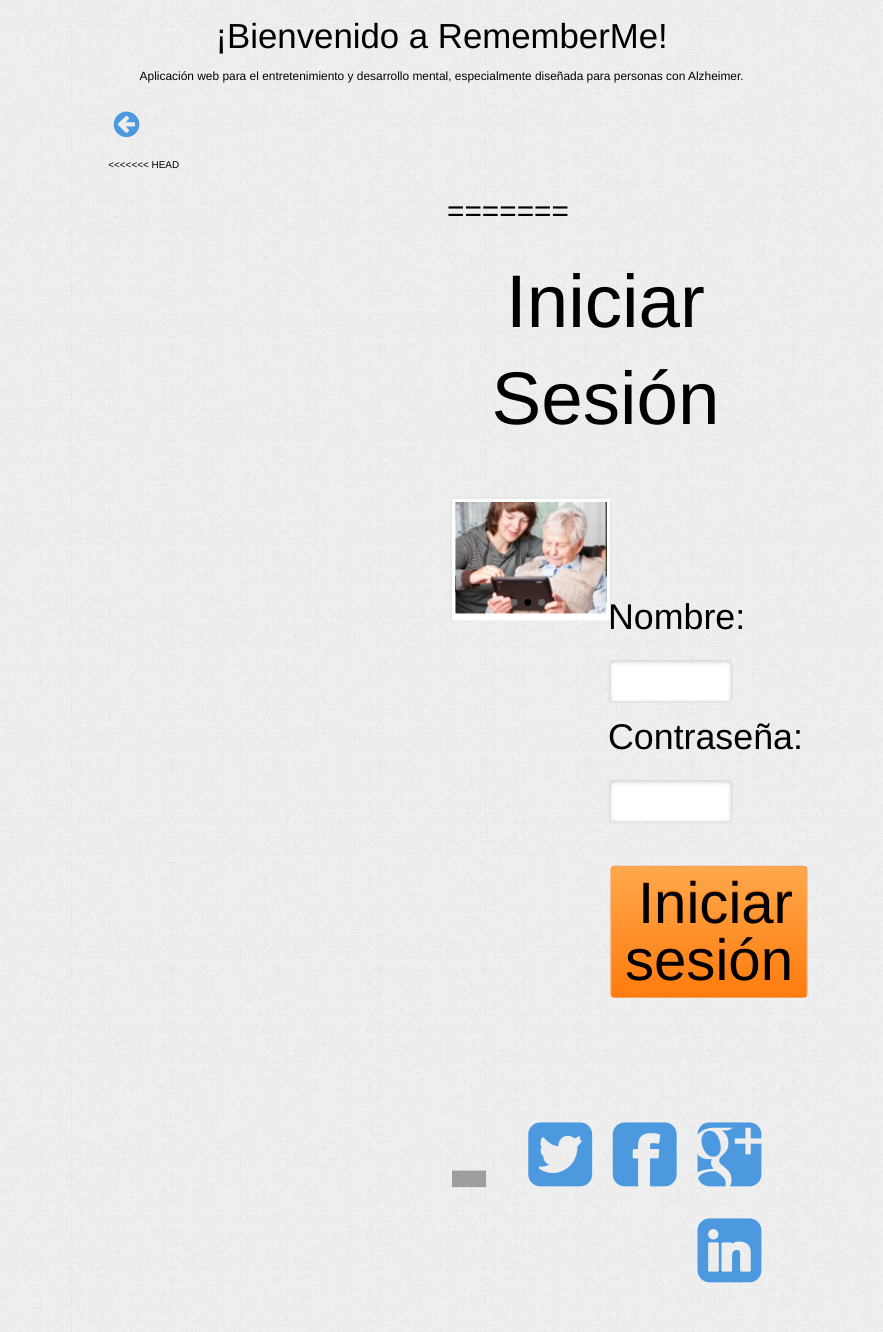
Repository: SCeruso/RememberMe
Page: iniciarSesion.html
The author's editor kept a record of every edit. The page is drawn from the files as they stood at one moment, then again after the next edit.
The browser window is 1280 px wide. The pictures show the whole page, at 69% of full size.
Pictures or frames that could not be fetched are drawn as grey boxes. Some web libraries are served in a nearby version.

Above is the page before.

### iniciarSesion.html
<!DOCTYPE html>
<html>
<head>
	<!-- META -->
	<title>HTML KickStart Elements</title>
	<meta charset="UTF-8">
	<meta name="viewport" content="width=device-width, initial-scale=1.0"/>
	<meta name="description" content="" />

	<!-- CSS -->
	<link rel="stylesheet" type="text/css" href="css/kickstart.css" media="all" />
	<link rel="stylesheet" type="text/css" href="style.css" media="all" />

	<!-- Javascript -->
	<script type="text/javascript" src="https://ajax.googleapis.com/ajax/libs/jquery/1.9.1/jquery.min.js"></script>
	<script type="text/javascript" src="js/kickstart.js"></script>
</head>
<body>
<div class="grid">
    <div class="col_12">
            <h1 class="center">
                <p>¡Bienvenido a RememberMe!</p>
            </h1>

        <h6 class="center">
                Aplicaci&oacute;n web para el entretenimiento y desarrollo mental, especialmente diseñada para personas con Alzheimer.
        </h6>
    </div>
    <div class="col_12">
        <h2 class="left">
               <a href="bienvenido.html">
                  <i class="icon-circle-arrow-left"></i>
                </a>
        </h2>
    </div>
<<<<<<< HEAD
	<div class="col_12">
        <div class="col_6">
        </div>
        <div class="col_6">
            <h2 class="left">
=======
	<div class="col_12">
            <h3 class="center">

                    <p>Iniciar Sesión</p>
            </h3>
	</div>
    <div class="col_12">
        <div class="col_6">
            <ul class="slideshow">
                <li><img class="align-left" src="imagenes/domingo-saludable-mayores--300x180.jpg" width="300" height="250" />
                <li><img class="align-left" src="imagenes/chica_abuela.jpg" width="300" height="250" />
                <li><img class="align-left" src="imagenes/pareja.jpg" width="300" height="250" />
            </ul>
        </div>
        <br></br>
        <div class="col_6">
            <p>
                <h6><label for="nombre">Nombre:</label></h6>
                <input id="nombre" type="text" class="col_10"/>
            </p>
            <p>
                <h6><label for="email">Contraseña:</label></h6>
                <input id="contraseña" type="password" class="col_10" />
            </p>
            <div class="col_12">
                <div class="col_10">
                      <h5 style="margin-bottom:40px;" class="right">
                          <p><a class="large button orange" href="juegosde.html"><font color="black">Iniciar sesión</font></a></p>
                      </h5>
                 </div>
            </div>
        </div>
    </div>
    <div class="col_12">
        <div class="col_1">
            <br>
        <EMBED src = "imagenes/musica1.mp3" width="50" height = "25">
            </div>

        <h3 class="right">
            <a href = "http://www.twitter.com" target = "blank">
                <i class="icon-twitter-sign" title= "Twitter"></i></a>
            <a href = "http://www.facebook.com" target = "blank">
                <i class="icon-facebook-sign" title= "Facebook"></i></a>
            <a href = "http://www.google.com" target = "blank">
                <i class="icon-google-plus-sign" title= "Goole +"></i></a>
            <a href = "http://www.linkedin.com" target = "blank">
                <i class="icon-linkedin-sign" title= "Linkedin"></i></a>

        </h3>

    </div>
</div> <!-- End Grid -->
</body>
</html>

### style.css
/*
	99Lime.com HTML KickStart by Joshua Gatcke
	style.css

*/

/*---------------------------------
	IMPORTS
-----------------------------------*/
@import url(http://fonts.googleapis.com/css?family=Arimo:400,700);

/*---------------------------------
	OVERRIDES
-----------------------------------*/
h1,h2,h3,h4,h5,h6{
font-family: "Arimo", arial, verdana, sans-serif;
font-weight:normal;
}

thead th,
tbody th{
font-family: "Arimo", arial, verdana, sans-serif;
}

button,
a.btn,
input[type="submit"],
input[type="reset"],
input[type="button"]{
font-family: "Arimo", arial, verdana, sans-serif;
}

.menu{
font-family: "Arimo", arial, verdana, sans-serif;
}

blockquote{
font-family: "Arimo", arial, verdana, sans-serif;
}

/*---------------------------------
	LAYOUT
-----------------------------------*/
body{
margin:0;
padding:0 0 0 0;
color:#000;
/*background-repeat:repeat;*/
background:#efefef url(css/img/gray_jean.png);
/*background-size:cover;*/
/*background-image:url(css/img/gray_jean.png);*/
font:normal 0.9em/150% 'Arimo', arial, verdana, sans-serif;
text-shadow: 0 0 1px transparent; /* google font pixelation fix */
}

#wrap{
width:100%;
background:#fff;
margin:30px auto 30px auto;
padding:0 2%;
border:1px solid #ccc;
}


#footer{
text-align:center;
padding:20px;
margin:0;
border-top:1px solid #ddd;
color:#999;
font-size:0.8em;
text-shadow:0px 1px 1px #fff;
position: relative;
top:0;
left:0;
background:#fff;
}

	#link-top{
	display:none;
	}

/* NAV BAR*/
.navbar{
position:fixed;
top:0;
left:0;
width: 100%;
background:#000;
color:#fff;
z-index:1000;
}

	.navbar #logo{
	position:absolute;
	top:0;
	right:0;
	padding:0.5em 1em;
	font-size: 1.7em;
	color:#efefef;
	text-decoration:none;
	}

	.navbar span{
	color:#86dc00;
	}


	.navbar ul{
	display:inline-block;
	margin:0;
	padding:0;
	}

		.navbar li{
		margin:0;
		padding:0;
		list-style-type:0;
		display:inline-block;
		}

		.navbar li a{
		display:inline-block;
		color:#efefef;
		padding:1em 1.3em;
		text-decoration:none;
		text-transform: uppercase;
		line-height:100%;
		font-size: 1.2em;
		}

.callout{
background:#4598ef;/*#86dc00;*/
padding:3em 0;
color:#fff;
box-shadow:inset 0 0 10px rgba(0,0,0,0.2);
text-align: center;
text-shadow:0px 1px 3px rgba(0,0,0,0.2);
display:block;
}
	.callout + div.grid{margin-top:50px;}
	 a.callout{cursor:pointer;}
	 .callout i.icon-4x{font-size:6em;}
	 .callout h4{margin-bottom:30px;}
	 .callout-top{margin:50px 0 0 0;}
	 .callout p{margin-bottom:0;}
	 .callout .button{margin-top:10px;}
	 .callout.green{background:#19ad0b;/*#86dc00;*/}

#mc_embed_signup{
padding:30px 0;
}

#ui-preview{
border:5px solid #ddd;
margin:30px 0;
display:block;
}

### css/kickstart-forms.css
/*---------------------------------
	FORMS
-----------------------------------*/
form{
padding:0;
margin:0;
}

fieldset{
margin:30px 0 20px 0;
padding:5px 15px 15px 15px;
border:1px solid #ccc;
background:#f5f5f5;
-moz-border-radius:5px;
-webkit-border-radius:5px;
border-radius:5px;
position: relative;
top:0;
left:0;
}

	legend{
	-moz-border-radius:5px;
	-webkit-border-radius:5px;
	border-radius:5px;
	border:1px solid #ccc;
	background:#f5f5f5;
	padding:2px 10px;
	margin:0 0 0 0;
	display:block;
	position: relative;
	top:0;
	left:0;
	}

	/*IE ONLY - I know, this is a stop gap*/
	.msie fieldset{padding-top:25px;}
	.msie legend{position:absolute;top:-0.7em;left:10px;}

label{
display:inline-block;
*display:inline;
vertical-align: middle;
margin:0;
padding:0;
position:relative;
top:0;
left:0;
zoom:1;
-moz-box-sizing: border-box;
-webkit-box-sizing: border-box;
box-sizing: border-box;
}

	label.inline{
	display:inline;
	margin:0;
	}

	label span{
	color:#999;
	font-size:0.9em;
	}

	label span.right{
	position:absolute;
	bottom:0;
	right:0;
	text-align:right;
	display:inline-block;
	*display:inline;
	}

	label.disabled{
	color:#ccc;
	}

input{
display:inline-block;
*display:inline;
vertical-align: middle;
width:auto;
zoom:1;
margin:0;
border:1px solid #ccc;
font-size:1em;
padding:5px 0;
text-indent: 5px;
-moz-border-radius:5px;
-webkit-border-radius:5px;
border-radius:5px;
background:#fff;
-moz-box-shadow:inset 0 0 6px #ccc;
-webkit-box-shadow:inset 0 1px 6px #ccc;
box-shadow:inset 0 1px 6px #ccc;
-moz-box-sizing: border-box;
-webkit-box-sizing: border-box;
box-sizing: border-box;
}

	input::-webkit-input-placeholder,
	input:-moz-placeholder,
	.placeholder{
	color:#bbb;
	}

	input::-moz-focus-inner {border:0;}

	input[disabled="disabled"], input.disabled{
	color:#999;
	background:#f5f5f5;
	-moz-box-shadow:inset 0 0 2px #ddd;
	-webkit-box-shadow:inset 0 1px 2px #ddd;
	box-shadow:inset 0 1px 2px #ddd;
	}

	/* FOCUS STATES */
	input[type="text"]:focus,
	textarea:focus,
	button:focus,
	a.button:focus,
	select:focus,
	input[type="file"]:focus,
	input[type="password"]:focus{
	-webkit-box-shadow: 0 0 7px #6DB9FF;
	-moz-box-shadow   : 0 0 7px #6DB9FF;
	box-shadow        : 0 0 7px #6DB9FF;
	border: 1px solid #50B1FE;
	outline: none;
	}

	/* TRANSITION */
	input[type="text"],
	textarea,
	button,
	a.button,
	a,
	input[type="file"]{
	-moz-transition: -moz-box-shadow 0.5s, border 0.5s, background 0.5s;
	-webkit-transition: -webkit-box-shadow 0.5s, border 0.5s, background 0.5s;
	-o-transition:  box-shadow 0.5s, border 0.5s, background 0.5s;
	transition: box-shadow 0.5s, border 0.5s, background 0.5s;
	}

input.checkbox,
input[type="checkbox"]{
display:inline;
width:auto;
margin:0;
padding:0;
border:0;
background:none;
vertical-align:center;
*vertical-align: top;
}

input.radio,
input[type="radio"]{
display:inline;
width:auto;
margin:0;
padding:0;
border:0;
background:none;
vertical-align:center;
*vertical-align: top;
}

	input[type="radio"]:focus,
	input[ type="checkbox"]:focus{
	-webkit-box-shadow: 0 0 5px #6DB9FF;
	-moz-box-shadow   : 0 0 5px #6DB9FF;
	box-shadow        : 0 0 5px #6DB9FF;
	outline-color: #6DB9FF;
	}

input.file,
input[type="file"]{
/*font-size:0.8em;*/
-moz-box-shadow:none;
-webkit-box-shadow:none;
box-shadow:none;
border:none;
}

select{
display:inline;
width:auto;
margin:0;
border:1px solid #ccc;
line-height:100%;
padding:3px;
vertical-align: middle;
}

        select[disabled="disabled"], select.disabled{
        color:#999;
        background:#f5f5f5;
        -moz-box-shadow:inset 0 0 2px #ddd;
        -webkit-box-shadow:inset 0 1px 2px #ddd;
        box-shadow:inset 0 1px 2px #ddd;
        }

textarea{
width:auto;
height:200px;
margin:0;
border:1px solid #ccc;
padding:5px;
vertical-align: middle;
font-family:inherit;
font-size:0.9em;
-moz-border-radius:5px;
-webkit-border-radius:5px;
border-radius:5px;
-moz-box-shadow:inset 0 0 6px #ccc;
-webkit-box-shadow:inset 0 1px 6px #ccc;
box-shadow:inset 0 1px 6px #ccc;
-moz-box-sizing: border-box;
-webkit-box-sizing: border-box;
box-sizing: border-box;
}

/*---------------------------------
	COLUMN SIZES
-----------------------------------*/

/* sizes */
input[class*="col_"],
select[class*="col_"],
label[class*="col_"]{
float:none;display:inline-block;*display:inline;margin-bottom:0;
*margin-left: 0.5%;*margin-right: 0.5%;/* this is for IE 7 Only and is not a good fix - work needed here */
}

/*---------------------------------
	FORMS VERTICAL
-----------------------------------*/
form.vertical{

}

	form.vertical label{display:block;}
	form.vertical input,
	form.vertical select,
	form.vertical textarea{width:100%;display:block;margin-bottom:10px;}
	form.vertical .chzn-container{display:block;margin-bottom:10px;}
	form.vertical .chzn-choices{display:block;margin-bottom:10px;}

	/* radios & checks */
	form.vertical input.checkbox,
	form.vertical input[type="checkbox"],
	form.vertical input.radio,
	form.vertical input[type="radio"],
	form.vertical label.inline{display:inline;width:auto;margin:0;}
/*---------------------------------
	FORM VALIDATION
-----------------------------------*/
label.error{color:red;}
input.error{border:1px solid red;}
select.error{border:1px solid red;}

/*---------------------------------
	NOTICES
-----------------------------------*/
.notice{
border:1px solid gold;
background:lightyellow;
padding:10px 20px 10px 40px;
margin:10px 0;
-moz-border-radius:5px;
-webkit-border-radius:5px;
border-radius:5px;
color:#DEAE00;
line-height:120%;
vertical-align: center;
text-shadow:0px 1px rgba(255,255,255,0.5);
position:relative;
top:0;
left:0;
clear:both;
}

	.notice.warning{}/*default*/
	.notice.error{border:1px solid red;background:pink;color:red;}
	.notice.success{border:1px solid green;background:lightgreen;color:green;}
	.notice i[class^='icon-']{position:absolute;top:50%;left:0.8em;margin-top:-0.6em;}
	.notice a[class^='icon-remove'],
	.notice a[class^='icon-remove']:active,
	.notice a[class^='icon-remove']:visited{font-size:12px;position:absolute;top:5px;right:5px;left:auto;color:inherit;margin-top:0;left:auto;}

### css/kickstart-grid.css
/*
	99Lime.com HTML KickStart by Joshua Gatcke
	kickstart-grids.css

	DO NOT EDIT THIS FILE unless you know what you are doing.
*/
/*---------------------------------
	GRID/COLUMNS
-----------------------------------
	tinyfluidgrid.com
	& girlfriendnyc.com
	with changes by 99Lime
-----------------------------------*/
 /*
 & Columns : 12
 & Gutter %: 20%
 & MaxWidth: 1280px
 */

.grid{
max-width:1220px;
margin:0 auto;
padding:0 2em;
}

.grid.flex{
width:100%;
max-width:100%;
padding:0 2%;
padding:2em;
}

.row{
display:block;
overflow:hidden;
clear:both;
}

*[class*="col_"].alpha{margin-left:0;}
*[class*="col_"].omega{margin-right:0;}

.col_1  { width: 6.6666666666667%; }
.col_2  { width: 15%; }
.col_3  { width: 23.333333333333%; }
.col_4  { width: 31.666666666667%; }
.col_5  { width: 40%; }
.col_6  { width: 48.333333333333%; }
.col_7  { width: 56.666666666667%; }
.col_8  { width: 65%; }
.col_9  { width: 73.333333333333%; }
.col_10 { width: 81.666666666667%; }
.col_11 { width: 90%; }
.col_12 { width: 98.333333333333%; }

*[class*="col_"]{
margin-left: 0.83333333333333%;
margin-right: 0.83333333333333%;
margin-top:0.5em;
margin-bottom:0.5em;
float: left;
display: block;
}

.grid img{
max-width: 100%;
height:auto;
}

.clear{clear:both;display:block;overflow:hidden;visibility:hidden;width:0;height:0}
.clearfix:after{clear:both;content:' ';display:block;font-size:0;line-height:0;visibility:hidden;width:0;height:0}
* html .clearfix, *:first-child+html .clearfix{zoom:1}

/* Viewable Grids
	To view your grids, add the class .visible to any grid container.
	This will add a background color so you can see the layout of your grids.
*/
*[class*="col_"].visible{
background:#eee;
border:1px dotted #ccc;
}


/*---------------------------------
	Responsive Grid Media Queries - 1280, 1024, 768, 480
	1280-1024 	- desktop (default grid)
	1024-768 	- tablet landscape
	768-480 	- tablet
	480-less 	- phone landscape & smaller
-----------------------------------*/
@media all and (min-width: 1024px) and (max-width: 1280px) {

	.grid *[class*="col_"]{}
	.grid{max-width: 1024px;}
	.show-desktop	{display:block;}
	.hide-desktop	{display:none;}
	.show-tablet	{display:none;}
	.hide-tablet	{display:block;}
	.show-phone		{display:none;}
	.hide-phone		{display:block;}

}

@media all and (min-width: 768px) and (max-width: 1024px) {

	.grid *[class*="col_"]{}
	.grid{max-width: 768px;}
	.show-desktop	{display:none;}
	.hide-desktop	{display:block;}
	.show-tablet	{display:block;}
	.hide-tablet	{display:none;}
	.show-phone		{display:none;}
	.hide-phone		{display:block;}

}


@media all and (min-width: 480px) and (max-width: 768px) {

	.grid *[class*="col_"]{
	float:none;
	width:auto;
	clear:both;
	display:block;
	}

	/* columns inside of columns */
	.grid *[class*="col_"] [class*="col_"]{
	margin-left:0;
	margin-right:0;
	width:100%;
	}

	.grid{max-width: 480px;}
	.show-desktop	{display:none;}
	.hide-desktop	{display:block;}
	.show-tablet	{display:block;}
	.hide-tablet	{display:none;}
	.show-phone		{display:none;}
	.hide-phone		{display:block;}

}

@media all and (max-width: 480px) {

	.grid *[class*="col_"]{
	float:none;
	width:auto;
	clear:both;
	display:block;
	}

	/* columns inside of columns */
	.grid *[class*="col_"] [class*="col_"]{
	margin-left:0;
	margin-right:0;
	width:100%;
	}

	.grid{max-width: 100%;/*320*/}
	.show-desktop	{display:none;}
	.hide-desktop	{display:block;}
	.show-tablet	{display:none;}
	.hide-tablet	{display:block;}
	.show-phone		{display:block;}
	.hide-phone		{display:none;}

}

### css/kickstart-slideshow.css
/*---------------------------------
	SLIDESHOW2 - Slight Fixes for the slideshow layout *needs work
-----------------------------------*/

	.slideshow{
	clear:both;
	margin:0;
	padding:0;
	width:auto;
	height:auto;
	overflow:hidden;
	}

		.slideshow li{
		list-style-type:none;
		margin:0;
		padding:0;
		float:left;
		display:block;
		}

/**
 * BxSlider v4.0 - Fully loaded, responsive content slider
 * http://bxslider.com
 *
 * Written by: Steven Wanderski, 2012
 * http://stevenwanderski.com
 * (while drinking Belgian ales and listening to jazz)
 *
 * CEO and founder of bxCreative, LTD
 * http://bxcreative.com
 */


/** RESET AND LAYOUT
===================================*/
.bx-wrapper, .bx-wrapper *{
	-webkit-box-sizing: content-box; /* Safari/Chrome, other WebKit */
  	-moz-box-sizing: content-box;    /* Firefox, other Gecko */
  	box-sizing: content-box;         /* Opera/IE 8+ */
}

.bx-wrapper {
	position: relative;
	margin: 0 0 60px;
	padding: 0;
	*zoom: 1;
}

.bx-wrapper img {
	width: 100%;
	display: block;
}

/** THEME
===================================*/

.bx-wrapper .bx-viewport {
	-moz-box-shadow: 0 0 5px #ccc;
	-webkit-box-shadow: 0 0 5px #ccc;
	box-shadow: 0 0 5px #ccc;
	border: solid #fff 5px;
	left: 0;
	background: #fff;
}

.bx-wrapper .bx-pager,
.bx-wrapper .bx-controls-auto {
	position: absolute;
	bottom: -30px;
	width: 100%;
}

/* LOADER */

.bx-wrapper .bx-loading {
	min-height: 50px;
	background: url(img/bx_loader.gif) center center no-repeat #fff;
	height: 100%;
	width: 100%;
	position: absolute;
	top: 0;
	left: 0;
	z-index: 2000;
}

/* PAGER */

.bx-wrapper .bx-pager {
	text-align: center;
	font-size: .85em;
	font-family: Arial;
	font-weight: bold;
	color: #666;
	padding-top: 20px;
}

.bx-wrapper .bx-pager .bx-pager-item,
.bx-wrapper .bx-controls-auto .bx-controls-auto-item {
	display: inline-block;
	*zoom: 1;
	*display: inline;
}

.bx-wrapper .bx-pager.bx-default-pager a {
	background: #666;
	text-indent: -9999px;
	display: block;
	width: 10px;
	height: 10px;
	margin: 0 5px;
	outline: 0;
	-moz-border-radius: 5px;
	-webkit-border-radius: 5px;
	border-radius: 5px;
}

.bx-wrapper .bx-pager.bx-default-pager a:hover,
.bx-wrapper .bx-pager.bx-default-pager a.active {
	background: #000;
}

/* DIRECTION CONTROLS (NEXT / PREV) */

.bx-wrapper .bx-prev {
	left: 10px;
	background: url(img/controls.png) no-repeat 0 -32px;
}

.bx-wrapper .bx-next {
	right: 10px;
	background: url(img/controls.png) no-repeat -43px -32px;
}

.bx-wrapper .bx-prev:hover {
	background-position: 0 0;
}

.bx-wrapper .bx-next:hover {
	background-position: -43px 0;
}

.bx-wrapper .bx-controls-direction a {
	position: absolute;
	top: 50%;
	margin-top: -16px;
	outline: 0;
	width: 32px;
	height: 32px;
	text-indent: -9999px;
	z-index: 9999;
}

.bx-wrapper .bx-controls-direction a.disabled {
	display: none;
}

/* AUTO CONTROLS (START / STOP) */

.bx-wrapper .bx-controls-auto {
	text-align: center;
}

.bx-wrapper .bx-controls-auto .bx-start {
	display: block;
	text-indent: -9999px;
	width: 10px;
	height: 11px;
	outline: 0;
	background: url(img/controls.png) -86px -11px no-repeat;
	margin: 0 3px;
}

.bx-wrapper .bx-controls-auto .bx-start:hover,
.bx-wrapper .bx-controls-auto .bx-start.active {
	background-position: -86px 0;
}

.bx-wrapper .bx-controls-auto .bx-stop {
	display: block;
	text-indent: -9999px;
	width: 9px;
	height: 11px;
	outline: 0;
	background: url(img/controls.png) -86px -44px no-repeat;
	margin: 0 3px;
}

.bx-wrapper .bx-controls-auto .bx-stop:hover,
.bx-wrapper .bx-controls-auto .bx-stop.active {
	background-position: -86px -33px;
}

/* PAGER WITH AUTO-CONTROLS HYBRID LAYOUT */

.bx-wrapper .bx-controls.bx-has-controls-auto.bx-has-pager .bx-pager {
	text-align: left;
	width: 80%;
}

.bx-wrapper .bx-controls.bx-has-controls-auto.bx-has-pager .bx-controls-auto {
	right: 0;
	width: 35px;
}

/* IMAGE CAPTIONS */

.bx-wrapper .bx-caption {
	position: absolute;
	bottom: 0;
	left: 0;
	background: #666\9;
	background: rgba(80, 80, 80, 0.75);
	width: 100%;
}

.bx-wrapper .bx-caption span {
	color: #fff;
	font-family: Arial;
	display: block;
	font-size: .85em;
	padding: 10px;
}

### css/tiptip.css
/*
	TipTip CSS - Version 1.2
	http://code.drewwilson.com/entry/tiptip-jquery-plugin
*/

#tiptip_holder { display: none; position: absolute; top: 0; left: 0; z-index: 99999; }
#tiptip_holder.tip_top { padding-bottom: 5px; }
#tiptip_holder.tip_bottom { padding-top: 5px; }
#tiptip_holder.tip_right { padding-left: 5px; }
#tiptip_holder.tip_left { padding-right: 5px; }

#tiptip_content {
font-size: 11px;
color: #fff;
text-shadow: 0 0 2px #000;
padding: 4px 8px;
border: 1px solid rgba(255,255,255,0.25);
background:#212121;
background-color: rgba(25,25,25,0.92);
background-image: -webkit-gradient(linear, 0% 0%, 0% 100%, from(transparent), to(#000));
-webkit-border-radius: 3px;
-moz-border-radius: 3px;
border-radius: 3px;
-webkit-box-shadow: 0 0 3px #555;
-moz-box-shadow: 0 0 3px #555;
box-shadow: 0 0 3px #555;
*background:#212121;
}

#tiptip_arrow, #tiptip_arrow_inner {
position: absolute;
border-color: transparent;
border-style: solid;
border-width: 6px;
height: 0;
width: 0;
}

#tiptip_holder.tip_top #tiptip_arrow {
border-top-color: #fff;
border-top-color: rgba(255,255,255,0.35);
}

#tiptip_holder.tip_bottom #tiptip_arrow {
border-bottom-color: #fff;
border-bottom-color: rgba(255,255,255,0.35);
}

#tiptip_holder.tip_right #tiptip_arrow {
border-right-color: #fff;
border-right-color: rgba(255,255,255,0.35);
}

#tiptip_holder.tip_left #tiptip_arrow {
border-left-color: #fff;
border-left-color: rgba(255,255,255,0.35);
}

#tiptip_holder.tip_top #tiptip_arrow_inner {
margin-top: -7px;
margin-left: -6px;
border-top-color: rgb(25,25,25);
border-top-color: rgba(25,25,25,0.92);
}

#tiptip_holder.tip_bottom #tiptip_arrow_inner {
margin-top: -5px;
margin-left: -6px;
border-bottom-color: rgb(25,25,25);
border-bottom-color: rgba(25,25,25,0.92);
}

#tiptip_holder.tip_right #tiptip_arrow_inner {
margin-top: -6px;
margin-left: -5px;
border-right-color: rgb(25,25,25);
border-right-color: rgba(25,25,25,0.92);
}

#tiptip_holder.tip_left #tiptip_arrow_inner {
margin-top: -6px;
margin-left: -7px;
border-left-color: rgb(25,25,25);
border-left-color: rgba(25,25,25,0.92);
}

/* Webkit Hacks  */
@media screen and (-webkit-min-device-pixel-ratio:0) {
	#tiptip_content {
		padding: 4px 8px 5px 8px;
		background-color: rgba(45,45,45,0.88);
	}
	#tiptip_holder.tip_bottom #tiptip_arrow_inner {
		border-bottom-color: rgba(45,45,45,0.88);
	}
	#tiptip_holder.tip_top #tiptip_arrow_inner {
		border-top-color: rgba(20,20,20,0.92);
	}
}

Loaded but not shown: css/jquery.fancybox-1.3.4.css (library); css/prettify.css (common file); css/fonts/fontawesome/css/font-awesome.min.css (library); js/kickstart.js (424 lines, source omitted); css/kickstart-buttons.css (369 lines, source omitted); css/kickstart.css (508 lines, source omitted); css/kickstart-menus.css (180 lines, source omitted)

After the next edit:
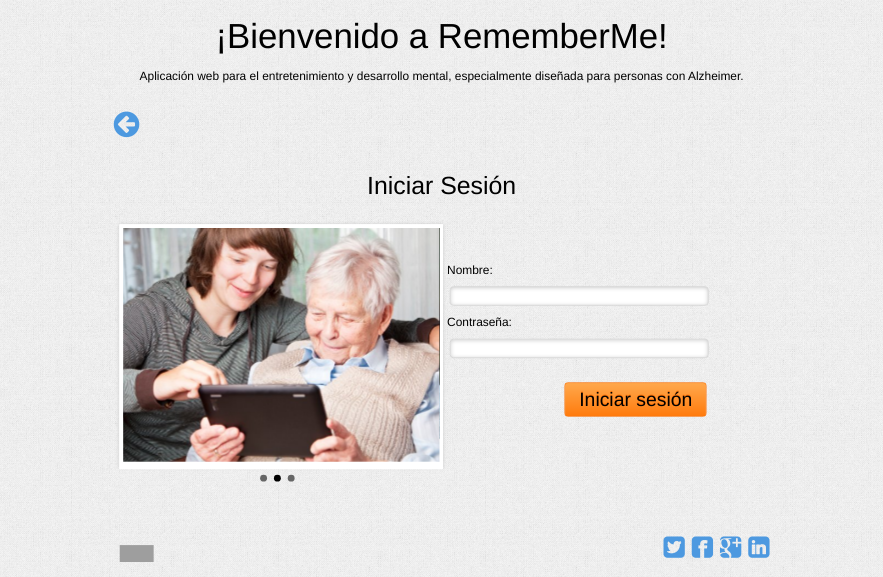
The edit:
--- a/iniciarSesion.html
+++ b/iniciarSesion.html
@@ -33,13 +33,6 @@
                 </a>
         </h2>
     </div>
-<<<<<<< HEAD
-	<div class="col_12">
-        <div class="col_6">
-        </div>
-        <div class="col_6">
-            <h2 class="left">
-=======
 	<div class="col_12">
             <h3 class="center">
 
